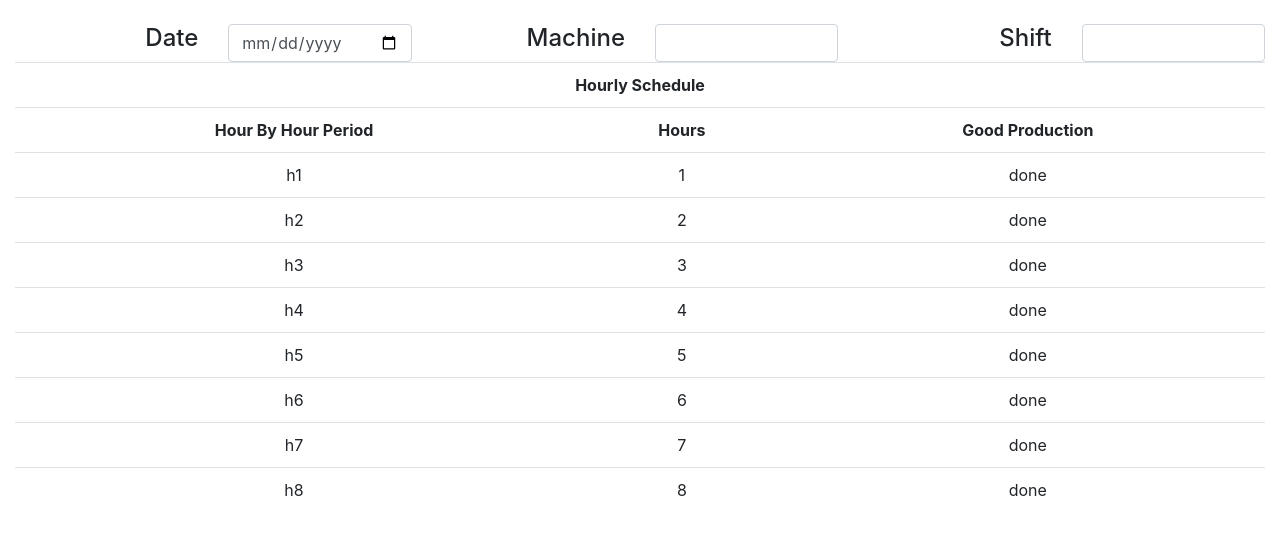
Repository: hisamit97/TVS-Locas
Page: index.html
The author's editor kept a copy of each file at every save. The page is drawn from the files as they stood at one save, then again after the next save.
The browser window is 1280 px wide. The pictures show the whole page.

Above is the page before, as saved 2020-11-30 18:42:05.

After the next save:
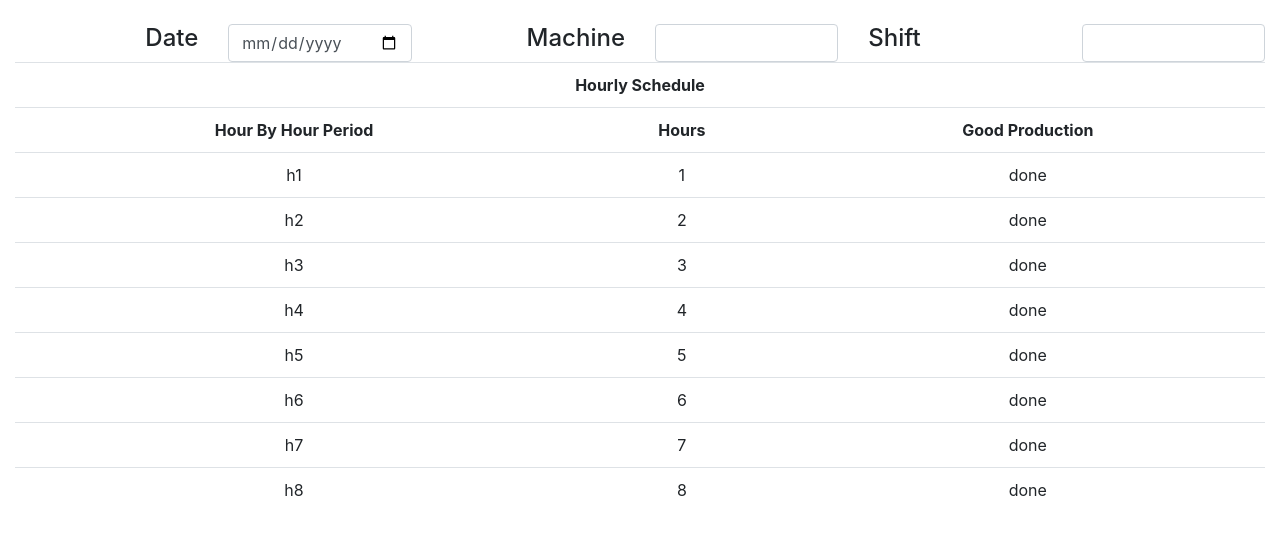
Saved 53 s later.
--- a/index.html
+++ b/index.html
@@ -31,8 +31,8 @@
             </div>
             <div class="col-md-4">
                 <div class="row">
-                    <div class="col-md-6 text-right"><h4>Shift</h4></div>
-                    <div class="col-md-6"><input type="text" class="form-control"></div>
+                    <div class="col-md-6"><h4>Shift</h4></div>
+                    <div class="col-md-6 text-left"><input type="text" class="form-control"></div>
                 </div>
             </div>
         </div>
